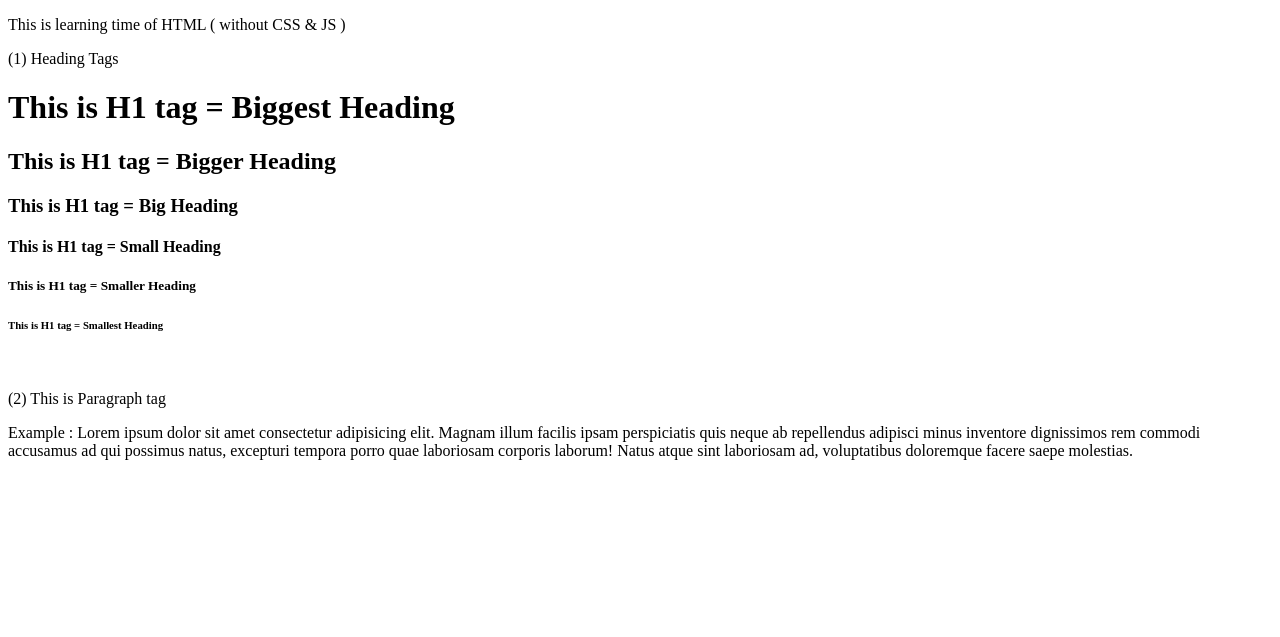
Repository: diptods/Frontend-in-60-DAYS
Page: Day01/learning/learn.html
These files come from the project's save history. The page is drawn as it stood at one moment and after the next save; the edit follows.
The browser window is 1280 px wide. The pictures show the whole page.

Above is the page before, as saved 2026-05-28 11:45:00.

After the next save:
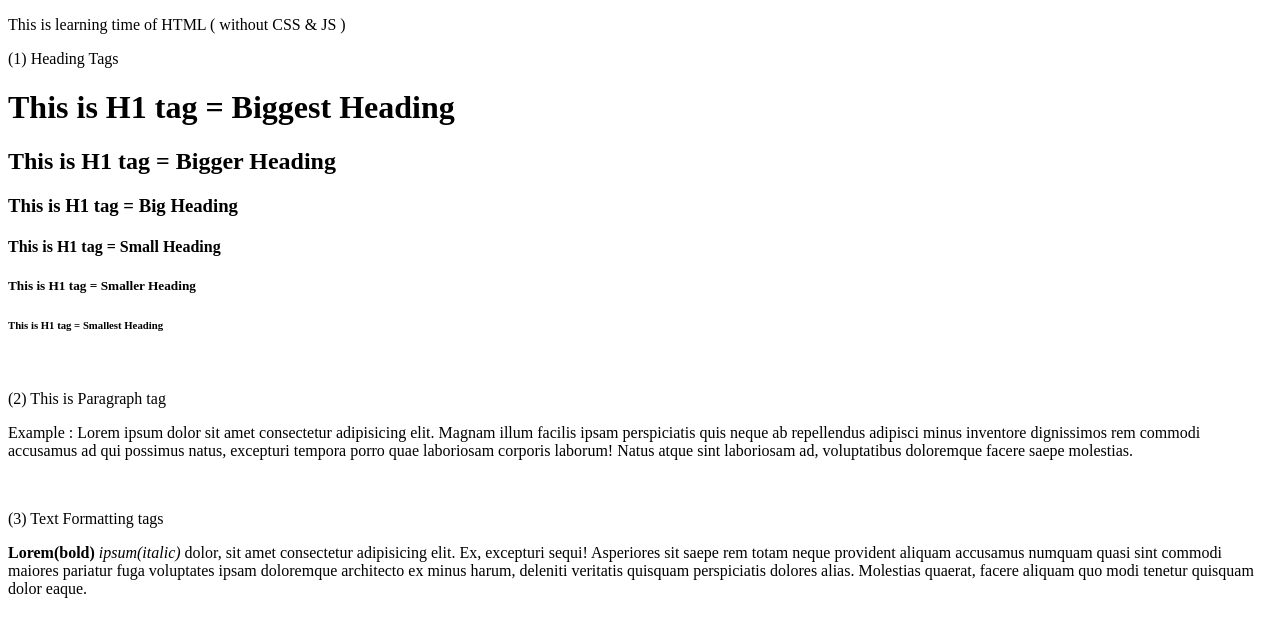
Saved 2 min 47 s later.
--- a/Day01/learning/learn.html
+++ b/Day01/learning/learn.html
@@ -1,10 +1,12 @@
 <!DOCTYPE html>
 <html lang="en">
+
 <head>
     <meta charset="UTF-8">
     <meta name="viewport" content="width=device-width, initial-scale=1.0">
     <title>Day 01 Of Frontend Learning</title>
 </head>
+
 <body>
     <p>This is learning time of HTML ( without CSS & JS )</p>
     <p>(1) Heading Tags</p>
@@ -16,7 +18,16 @@
     <h6>This is H1 tag = Smallest Heading</h6>
     <br>
     <p>(2) This is Paragraph tag</p>
-    <p>Example : Lorem ipsum dolor sit amet consectetur adipisicing elit. Magnam illum facilis ipsam perspiciatis quis neque ab repellendus adipisci minus inventore dignissimos rem commodi accusamus ad qui possimus natus, excepturi tempora porro quae laboriosam corporis laborum! Natus atque sint laboriosam ad, voluptatibus doloremque facere saepe molestias.</p>
+    <p>Example : Lorem ipsum dolor sit amet consectetur adipisicing elit. Magnam illum facilis ipsam perspiciatis quis
+        neque ab repellendus adipisci minus inventore dignissimos rem commodi accusamus ad qui possimus natus, excepturi
+        tempora porro quae laboriosam corporis laborum! Natus atque sint laboriosam ad, voluptatibus doloremque facere
+        saepe molestias.</p>
+    <br>
+    <p>(3) Text Formatting tags</p>
+    <p><b>Lorem(bold)</b> <i>ipsum(italic)</i> dolor, sit amet consectetur adipisicing elit. Ex, excepturi sequi! Asperiores sit saepe rem totam
+        neque provident aliquam accusamus numquam quasi sint commodi maiores pariatur fuga voluptates ipsam doloremque
+        architecto ex minus harum, deleniti veritatis quisquam perspiciatis dolores alias. Molestias quaerat, facere
+        aliquam quo modi tenetur quisquam dolor eaque.</p>
+</body>
 
-</body>
 </html>
